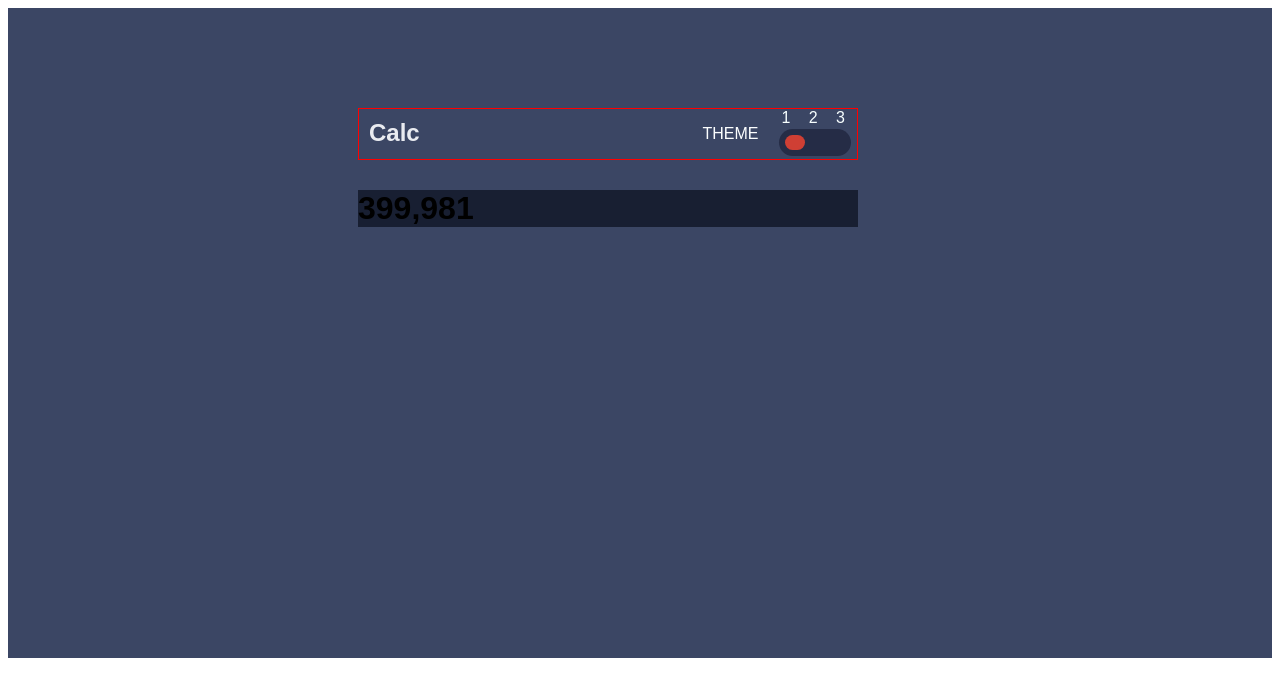
Repository: Bakyproit/Calcutor
Page: SimpleCalculatorApp.html
An editor plug-in stored every save of this project. The page is shown before and after a run of saves, followed by the edit.
The browser window is 1280 px wide. The pictures show the whole page.

Above is the page before, as saved 2022-02-09 16:05:12.

After the next 2 saves:
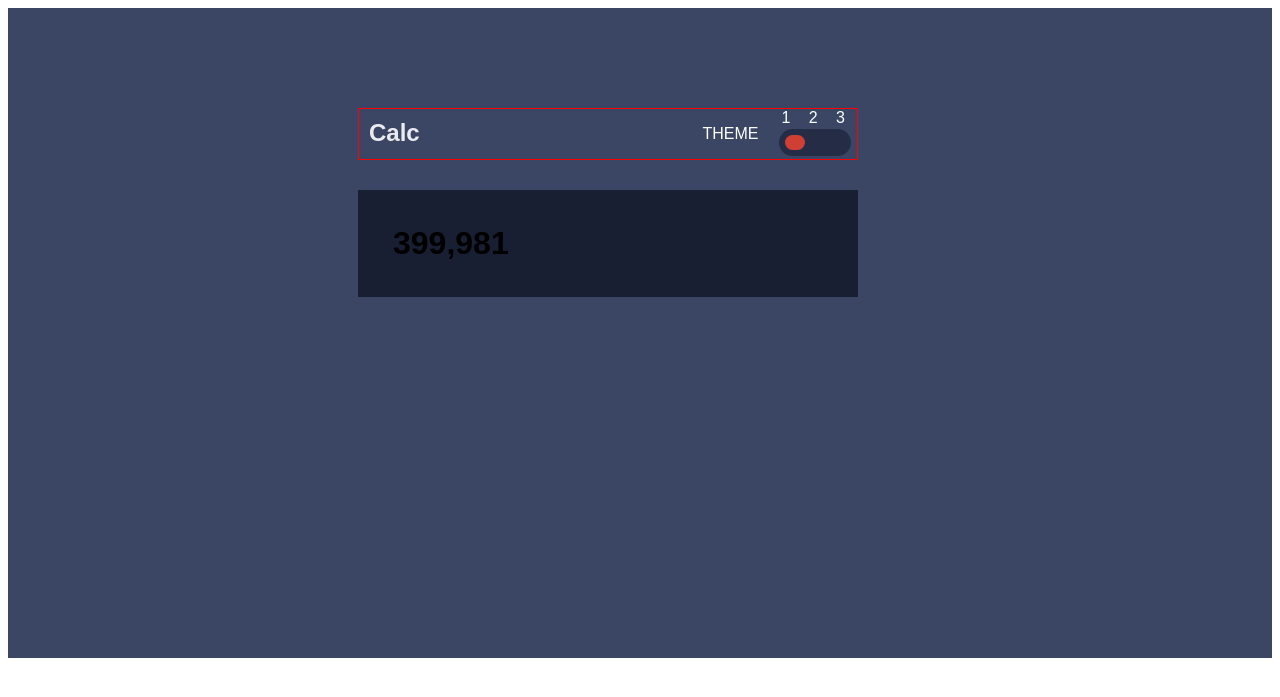
The 2 saves are shown as one change because they came seconds apart.
The last was saved 10 s later.
--- a/asset/App.css
+++ b/asset/App.css
@@ -94,5 +94,5 @@
     margin:30px 0;
 }
 .app__content-number{
-    padding: ;
+    padding: 35px 35px 35px;
 }

After the 2 saves that followed:
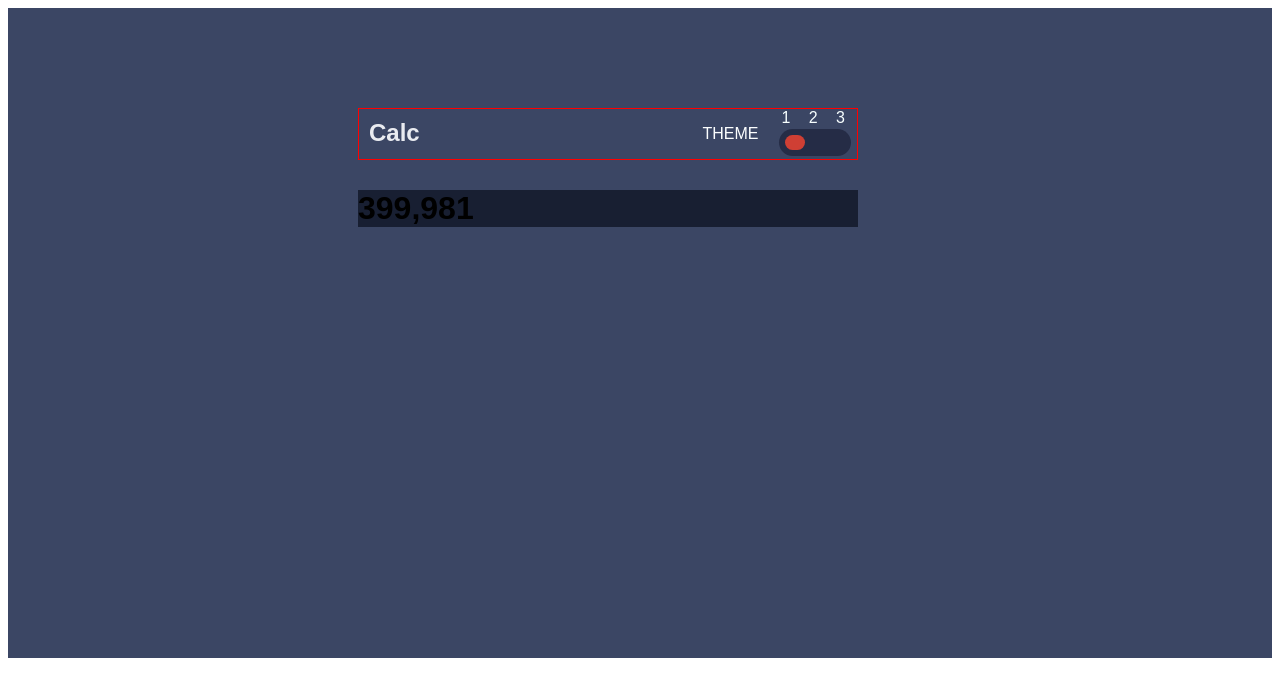
The 2 saves are shown as one change because they came seconds apart.
The last was saved 19 s later.
--- a/asset/App.css
+++ b/asset/App.css
@@ -94,5 +94,5 @@
     margin:30px 0;
 }
 .app__content-number{
-    padding: 35px 35px 35px;
+    padding: 35px 35px 35px auto;
 }
